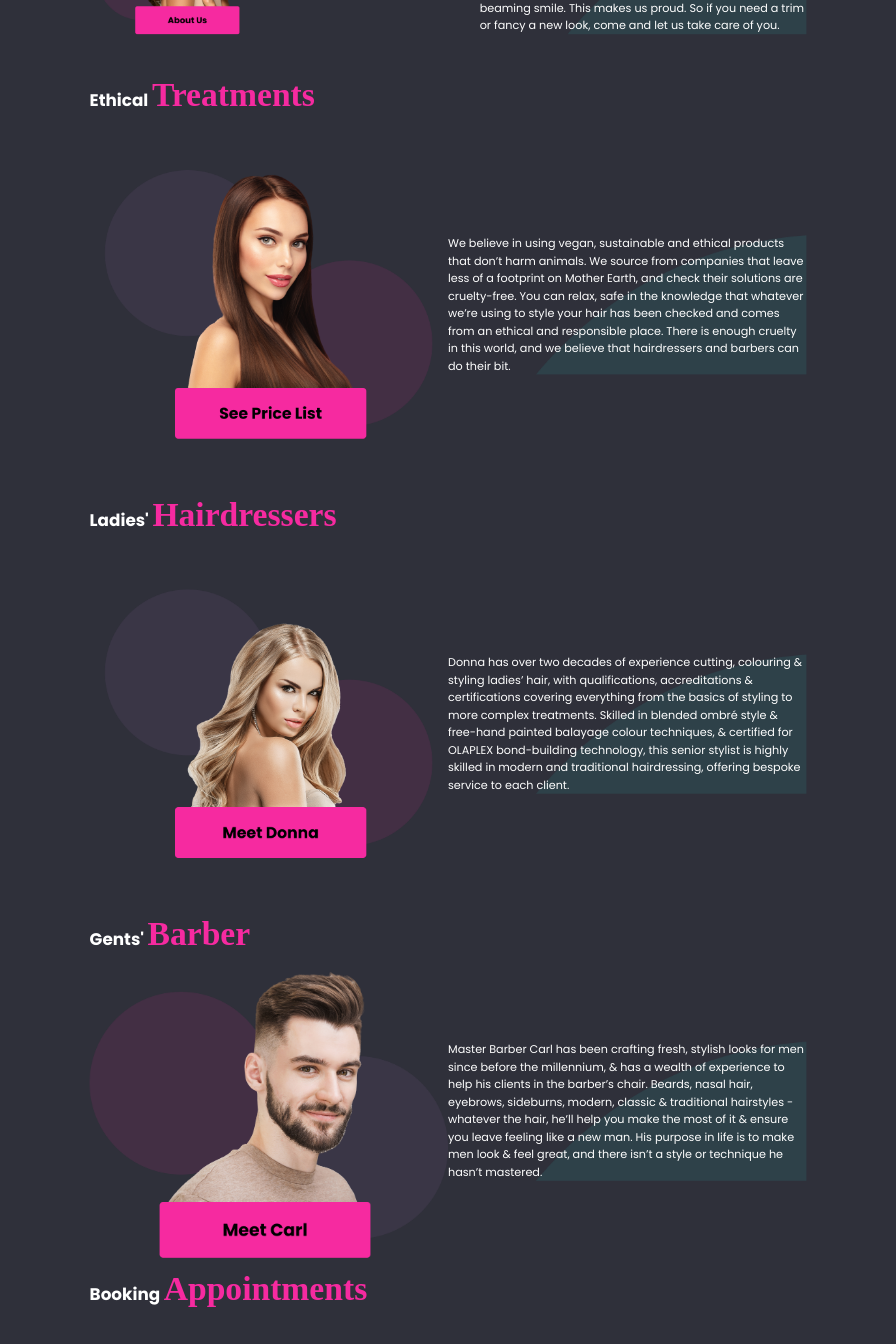
Repository: Troy-Bolt/verustroy-
Page: index.html
The author's editor kept a copy of each file at every save. The page is drawn from the files as they stood at one save, then again after the next save.
The browser window is 1280 px wide. The pictures show the part of the page from y = 327 to 2247 px (the page is 6311 px tall before and 6495 px after), at 70% of full size.
Backgrounds fixed to the window are drawn as part of the page. Some web fonts or font styles are not loaded; a fallback is used.

Above is the page before, as saved 2022-04-27 09:03:54.

### index.html
<!DOCTYPE html>
<html lang="en">

<head>
    <meta charset="UTF-8">
    <meta http-equiv="X-UA-Compatible" content="IE=edge">
    <meta name="viewport" content="width=device-width, initial-scale=1.0">
    <title>Verus Amor</title>
    <link rel="stylesheet" href="/CSS/style.css">
    <script defer src="navbar.js"></script>
    <link href="https://fonts.googleapis.com/icon?family=Material+Icons" rel="stylesheet">
</head>

<body>
    <header>
        <h1 class="logo"><a class="current" href="/index.html" class="homepage-link">Verus Amor Barbers & Salon</a></h1>
        <input type="checkbox" name="" id="nav-toggle" class="nav-toggle">
        <nav>
            <ul class="size">
                <li><a href="/treatments.html">Treatments & Prices</a></li>
                <li><a href="/team.html">Team & Salon</a></li>
                <li><a href="/contact.html">Contact Us</a></li>
            </ul>
        </nav>
        <label for="nav-toggle" class="nav-toggle-label">
            <span></span>
        </label>
    </header>
    <div class="container">
        <h1 id="top-space">More than just <span>Hair</span></h1>

        <div class="row">

           <a class="colb" href=""><img src="img/AboutUs.png" alt="" class="col"></a>
            <p class="test text col">Verus Amor translates to True Love, something we show everyday in our work. Every
                cut,
                every colour, every shave is done with the utmost love, care and attention to detail. We love what we
                do,
                and nothing makes us happier than seeing our clients walk out of our salon looking their best - proudly
                showing off their new hair style along with a beaming smile. This makes us proud. So if you need a trim
                or
                fancy a new look, come and let us take care of you.</p>
        </div>

        <h1>Ethical <span>Treatments</span></h1>
        <div class="row">

            <img src="img/EthTreatments.png" alt="">
            <p class="test text col left-side">We believe in using vegan, sustainable and ethical products that don’t harm
                animals. We
                source from companies that leave less of a footprint on Mother Earth, and check their solutions are
                cruelty-free. You can relax, safe in the knowledge that whatever we’re using to style your hair has been
                checked and comes from an ethical and responsible place. There is enough cruelty in this world, and we
                believe that hairdressers and barbers can do their bit.</p>
        </div>
        <h1>Ladies' <span>Hairdressers</span></h1>
        <div class="row">
            <img src="img/MeetDonna.png" alt="">
            <p class="test text col">
                Donna has over two decades of experience cutting, colouring & styling ladies’ hair, with qualifications,
                accreditations & certifications covering everything from the basics of styling to more complex
                treatments. Skilled in blended ombré style & free-hand painted balayage colour techniques, & certified
                for OLAPLEX bond-building technology, this senior stylist is highly skilled in modern and traditional
                hairdressing, offering bespoke service to each client.
            </p>
        </div>
        <h1>Gents' <span>Barber</span></h1>
        <div class="row">
            <img src="img/MeetCarl.png" alt="">
            <p class="test text col">
                Master Barber Carl has been crafting fresh, stylish looks for men since before the millennium, & has a
                wealth of experience to help his clients in the barber’s chair. Beards, nasal hair, eyebrows, sideburns,
                modern, classic & traditional hairstyles - whatever the hair, he’ll help you make the most of it &
                ensure you leave feeling like a new man. His purpose in life is to make men look & feel great, and there
                isn’t a style or technique he hasn’t mastered.
            </p>
        </div>
        <h1>Booking <span>Appointments</span></h1>
        <div class="row">
            <img src="img/ContactUs.png" alt="">
            <p class="test text col">
                We recommend booking appointments in advance, but we also welcome walk-ins. If you like to have your
                hair done regularly and prefer a certain day of the month then we can make you a regular appointment. If
                you don’t mind sitting in our waiting area while we take care of someone’s hair style, you can enjoy
                watching us do what we do best while sitting in our waiting area, enjoy looking through styling
                magazines or join-in with the conversation.
            </p>
        </div>
        <h1>Special <span>Offers</span></h1>
        <div class="row">
            <img src="img/OurOffers.png" alt="">
            <p class="test text col">
                We hope our service and the quality of our cuts and styling are enough to keep you coming back for more,
                but we also like to reward your loyalty, so we run a generous loyalty scheme. We also recognise that
                senior citizens have earned the right to some friendly pricing, while children generally have smaller
                heads and parents have limited budgets, so we provide special prices for children under 12, plus those
                lucky enough to be enjoying their pension.
            </p>
        </div>
        <h1>Specialist <span>Products</span></h1>
        <div class="row">
            <img src="img/Services&Prices.png" alt="">
            <p class="test text col">
                Experience teaches us that using premium products doesn’t have to cost a fortune, but makes a big
                difference to the quality and the desired outcome, so we source the very best products to help us do our
                job properly, and make you look amazing. We are accredited and trained on some of the world’s most
                exciting brands, including OLAPLEX, PULP RIOT and FUDGE. We use these products on you in the salon &
                barbers, also offering them to clients.
            </p>
        </div>
    </div>
    <div class="container">
        <img src="img/ProductBanner.png" alt="" class="full-width">
        <div class="full-width reviews">
            <div class="tests">
                <h1>Our <span>Reviews</span></h1>
            </div>
        </div>
        <div class="carousel">
            <div class="slider">
                <section class="test-1">Always a friendly, professional experience with good advice and prices</section>
                <section class="test-1">Great cut, priced reasonably and lovely people</section>
                <section class="test-1">my wife used the salon  & is very pleased with results</section>
                <section class="test-1">Very nice couple</section>
            </div>
            <div class="control">
                <span class="arrow left">
                    <i class="material-icons">
                        keyboard_arrow_left
                    </i>
                </span>
                <span class="arrow right">
                    <i class="material-icons">
                        keyboard_arrow_right
                    </i>
                </span>
                <ul>
                    <li class="selected"></li>
                    <li></li>
                    <li></li>
                    <li></li>
                </ul>
            </div>
        </div>
    </div>
    <div class="container">
        <h1>Get <span>Directions</span></h1>
        <div class="row">
            <img src="img/FindUs.png" alt="">
            <p class="test text col">
                Experience teaches us that using premium products doesn’t have to cost a fortune, but makes a big
                difference to the quality and the desired outcome, so we source the very best products to help us do our
                job properly, and make you look amazing. We are accredited and trained on some of the world’s most
                exciting brands, including OLAPLEX, PULP RIOT and FUDGE. We use these products on you in the salon &
                barbers, also offering them to clients.
            </p>
        </div>
    </div>
    <iframe
        src="https://www.google.com/maps/embed?pb=!1m14!1m8!1m3!1d2412.6754060766534!2d0.735687!3d52.792161!3m2!1i1024!2i768!4f13.1!3m3!1m2!1s0x0%3A0xb57b11c6038ff279!2sVerus%20Amor%20Barbers%20%26%20Ladies%20Salon!5e0!3m2!1sen!2suk!4v1649070369054!5m2!1sen!2suk"
        width="100%" height="600" style="border:0;" allowfullscreen="" loading="lazy"
        referrerpolicy="no-referrer-when-downgrade"></iframe>


    </div>

    <div class="footer">
    <div class="row">
        <div class="grid">
            <h1 class="grid-main">.</h1>
        </div>
        <div class="gridA">

            <span class="foot">Twitter</span>
            <span class="foot">Facebook</span>

        </div>


   </div>


<div class="row">
    <div class="gridS"></div>
    <div class="gridB">
        <p>01328 633037</p>
        <p>Verus Amor Barbers & Ladies Salon</p>
        <p>The Kiptons, Blenheim Square, West Raynham, NR21 7PA</p>
    </div>
</div>
</body>
<script src="carousel.js"></script>

</html>

### CSS/style.css
@import url('https://fonts.googleapis.com/css2?family=Poppins:ital,wght@0,100;0,200;0,300;0,400;0,500;0,600;0,700;0,800;0,900;1,100;1,200;1,300;1,400;1,500;1,600;1,700;1,800;1,900&family=WindSong:wght@400;500&display=swap');


*, *::before, *::after {
    box-sizing: border-box;
}

/* html,body {
    width: 100%;
    height: 100%;
    padding: 0;
    overflow-x: hidden;
} */

body {
    margin: 0;
    background-color: #2F303A;
    color: #fff;
    font-family: Poppins;
}

#top-space {
    margin-top: 2.6em;
}

.container {
    width: 80%;
    max-width: 1400px;
    margin: 0 auto;
}

h1 {
    font-size: 1.5rem;
}

span {
    color: #F62AA0;
    font-size: 3rem;
}

.test {

    background-image: url('/img/HomePageTextBubble.png');

}


img {
    max-width: 100%;
    width: 50%;
    object-fit:scale-down;
}


.text {
    align-self: center;
}

@media (min-width: 800px) {
    .row {
        display: flex;
        justify-content: space-between;
    }
}

@media (max-width: 800px) {
    img {
        width: 100%;
    }
}

.row img{
    flex:2;
}

.row p {
  flex:90%
}
span {
    font-family: 'WindSong', cursive;
}

.full-width {
    width: 100%;
}

.footer {
    /* background-image: url('/img/Footer.png'); */
    width: 100%;
    background-size: contain;
    background-repeat: no-repeat ;
    /* padding-top: 2.5em; */
    /* padding: 2.5em; */
}

@import url('https://fonts.googleapis.com/icon?family=Material+Icons');

.carousel {
    height: 600px;
    overflow: hidden;
    position: relative;
    border-radius: 5px;
    box-shadow: 0 0 4px rgba(0, 0, 0, 0.2), 0 4px 10px rgba(0, 0, 0, 0.1);
  }
  .slider {
    display: flex;
    height: 100%;
    width: 400%;
  }
  .slider section {
    flex-basis: 100%;
    justify-content: center;
    align-items: center;
    display: flex;
    font-size: 20px;
  }
  .left, .right {
    position: absolute;
    top: 50%;
    transform: translateY(-50%);
    cursor: pointer;
  }
  .arrow i {
    font-size: 70px;
    -webkit-user-select: none;
    color: #CDCDCD;
  }
  .left {
    left: 10px;
  }
  .right {
    right: 10px;
  }
  .control ul {
    list-style: none;
    display: flex;
    position: absolute;
    bottom: 0;
    left: 50%;
    margin: 0;
    padding: 0;
    transform: translate(-50%);
  }
  .control ul li {
    width: 10px;
    height: 10px;
    background: #333;
    border: 2px solid #333;
    border-radius: 50px;
    margin: 10px;
    cursor: pointer;

  }
  .control ul li.selected {
    background: transparent;
  }

  .test-1 {
      background-image: url(../img/Choosing-1.png);
      background-repeat: no-repeat;
      background-attachment: fixed;
      background-size: cover;
  }


@media (max-width: 600px) {
    .test-1{
        padding-left:4rem;
        padding-right:2rem;
    }

    .test-2{
        padding-left:4rem;
        padding-right:2rem;
    }
}




.reviews h1 {
    margin: 0;
}


/* nav */

.logo {
    font-size: 1.5rem;
    }

    header {
        background: #202027;
        text-align: center;
        position: fixed;
        z-index: 999;
        width: 100%;
        top: 0;
    }

    .nav-toggle {
        display: none;
    }

    .nav-toggle-label {
        position: absolute;
        top: 0;
        left: 0;
        margin-left: 1em;
        height: 100%;
        display: flex;
        align-items: center;
    }

    .nav-toggle-label span,
    .nav-toggle-label span::before,
    .nav-toggle-label span::after {
        display: block;
        background: #fff;
        height: 2px;
        width: 0.4em;
        border-radius: 2px;
        position: relative;
    }

    .nav-toggle-label span::before,
    .nav-toggle-label span::after {
        content: '';
        position: absolute;
    }

    .nav-toggle-label span::before {
        bottom: 7px;
    }
    .nav-toggle-label span::after {
        top: 7px;
    }

    nav {
        position: absolute;
        text-align: left;
        top: 100%;
        left: 0;
        background: #202027;
        width: 100%;
        transform: scale(1, 0);
        transform-origin: top;
        transition: transform 400ms ease-in-out;
    }

    nav ul {
        margin: 0;
        padding: 0;
        list-style: none;
    }

    nav li {
        margin-bottom: 1em;
        margin-left: 1em;
    }

    nav a {
        color: white;
        text-decoration: none;
        font-size: 1rem;
        opacity: 0;
        transition: opacity 150ms ease-in-out;
    }

    nav a:hover {
    color: gold;
    }

    .current {
        color: #fff;
    }

    li a:is(:link,:active).active {
        background-color: #443144;
        padding: 1.5rem;
        color: #443144;
    }
    a:is(:link,:active).active {
        color: gold;
    }

    nav:visited{
        text-decoration: none;
    }

    .nav-toggle:checked ~ nav{
    transform: scale(1, 1);
    }

    .nav-toggle:checked ~ nav a {
        opacity: 1;
        transition: opacity 250ms ease-in-out 250ms;
    }

    @media screen and (min-width: 1000px) {
        .nav-toggle-label {
            display: none;
        }
        header {
            display: grid;
            grid-template-columns: 1fr auto minmax(600px, 3fr) 1fr;
        }
        .logo {
            grid-column: 2 / 3;
        }
        nav {
            all: unset;
            grid-column: 3 / 4;
            display: flex;
            justify-content: flex-end;
            align-items: center;
        }
        nav a {
            opacity: 1;
            position: relative;
        }
        nav a::before {
            content: ' ';
            display: block;
            height: 5px;
            background: #DFAF1F;
            position: absolute;
            top: -.75em;
            left: 0;
            right: 0;
            transform: scale(0, 1);
            transition: transform ease-in-out 250ms;
        }
        nav a:hover::before {
            transform: scale(1, 1);
        }
        nav ul {
            display: flex;
            justify-content: flex-end;
        }
        nav li {
            margin-left: 3em;
            margin-bottom: 0;
        }
    }

    @media (min-width: 1900px) {
    .logo {
        font-size: 3rem;
    }
    nav a {
        font-size: 1.5rem;
    }
}

    /* @media (min-width: 0px) {
        p { font-size: 1rem; }
        h4 { font-size: 1.5rem; }
        h3 { font-size: 2rem; }
        h2 {font-size: 2.5rem}
        h1 {font-size: 3rem}
        span { font-size: 5rem}
      }

      @media (min-width: 400px) {
        p { font-size: calc(1rem + 1vw); }
        h4 { font-size: calc(1.5rem + 1vw);}
        h3 { font-size: calc(2rem + 1vw);}
        h2 { font-size: calc(2.5rem + 1vw);}
        h1 { font-size: calc(3rem + 1vw);}
        span { font-size: calc(5rem + 1vw);}
      }

      @media (min-width: 1001px){
        p { font-size: 1.75rem; }
        h4 { font-size: 1.75; }
        h3 {font-size: 2.75rem;}
        h2 { font-size: 3.75rem;}
        h1 {font-size: 4.25rem;}
        span {font-size: 6.25rem;}
      } */


      .img-centered {
          width: 100%;
      }

      .space {
          margin-bottom: 4em;
      }

      .pink-text {
          font-size:6rem;
      }

      .footer-layout {
          display: grid;
          grid-auto-rows: repeat(3, 1fr);

      }

      .footer{
        background-image: url('/img/Footer.png');
        width: 100%;
        background-size: cover;
      }

   @media(max-width:400px){
       .footer{
        background-image: url('/img/Footer.png');
        width: 100%;
        background-size: contain;
       }
   }

      .foot{
          padding-left: 1.5rem;
          font-family: "poppins";
          color: white;
            font-size: 1.5rem;





      }


   .grid-main{
       font-size:2.5rem;
      padding-left: 4.5rem;
      margin-top: 6rem;




   }
   @media (max-width: 750px){
         .grid-main{
              font-size:1.5rem;
         }

   }

   /* .grid{
       width: 70%;
         float:left;

   }

   .gridA{
       width: 30%;
         float:left;

   } */

  .gridA{

  }


            @media screen and (min-width: 1000px) {
.gridA{
    width: 25%;
    float:left;
    /* padding-top: 2.5rem; */


}
          }



          .gridB{

        }


                  @media screen and (min-width: 1000px) {
      .gridB{
          width: 50%;
          float:left;
          padding-top: 2.5rem;
          text-align: right;
          padding-right: 6.5rem;


      }
                }

### navbar.js
const activePage = window.location.pathname;
// console.log(activePage);

const navLinks = document.querySelectorAll('nav a').
forEach(link => {
    console.log(link.href);
    if(link.href.includes(`${activePage}`)){

        link.classList.add('active');
    }
})

### carousel.js
const left = document.querySelector('.left');
const right = document.querySelector('.right');

const slider = document.querySelector('.slider');

const indicatorParent = document.querySelector('.control ul');
const indicators = document.querySelectorAll('.control li');
index = 0;

indicators.forEach((indicator, i) => {
  indicator.addEventListener('click', () => {
    document.querySelector('.control .selected').classList.remove('selected');
    indicator.classList.add('selected');
    slider.style.transform = 'translateX(' + (i) * -25 + '%)';
    index = i;

  });
});

left.addEventListener('click', function() {
  index = (index > 0) ? index -1 : 0;
  document.querySelector('.control .selected').classList.remove('selected');
  indicatorParent.children[index].classList.add('selected');
  slider.style.transform = 'translateX(' + (index) * -25 + '%)';
});

right.addEventListener('click', function() {
  index = (index < 4 - 1) ? index+1 : 3;
  document.querySelector('.control .selected').classList.remove('selected');
  indicatorParent.children[index].classList.add('selected');
  slider.style.transform = 'translateX(' + (index) * -25 + '%)';
});

After the next save:
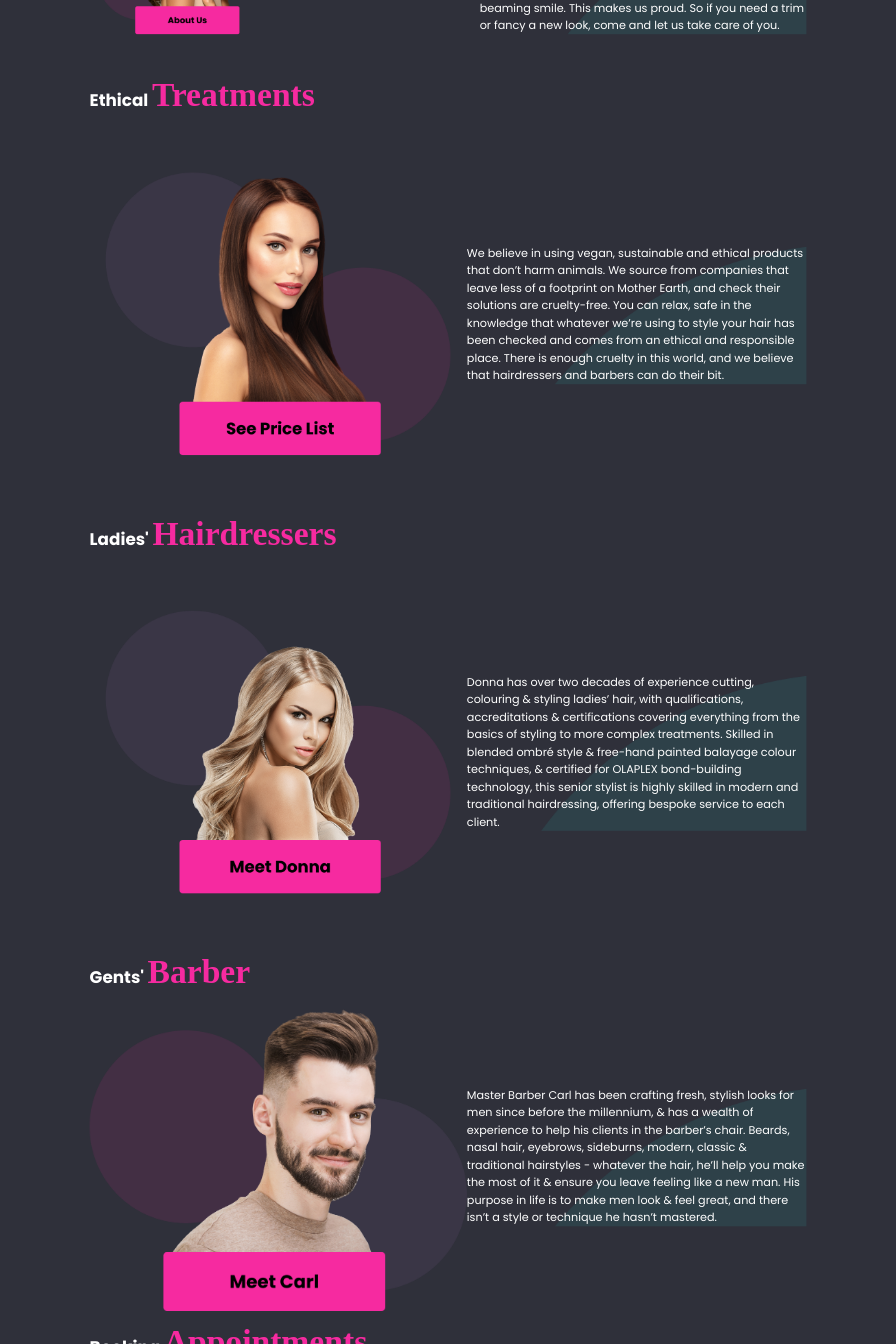
Saved 12 s later.
--- a/CSS/style.css
+++ b/CSS/style.css
@@ -70,7 +70,7 @@
 }
 
 .row img{
-    flex:2;
+    flex:100%;
 }
 
 .row p {

After the save that followed:
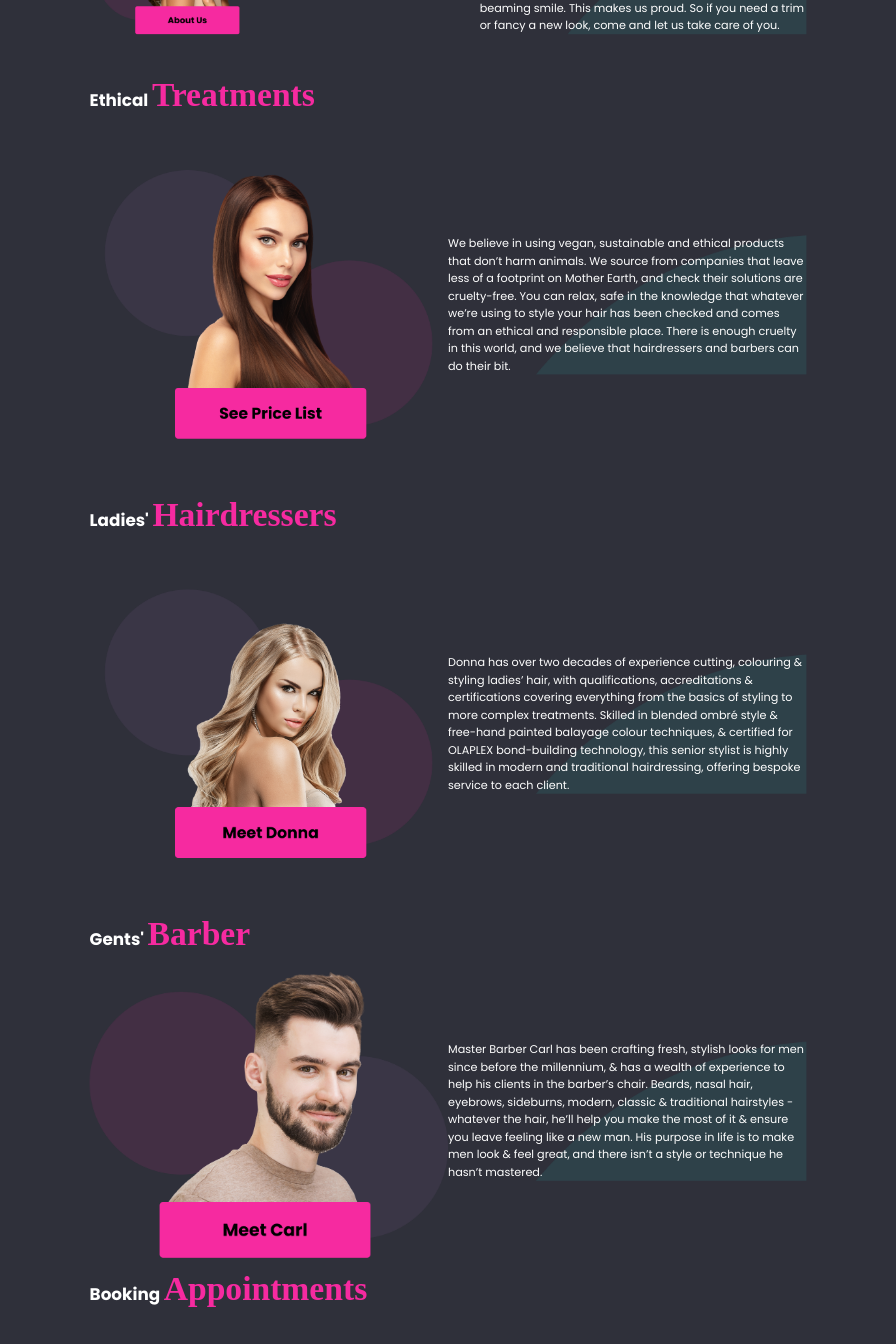
Saved 12 s later.
--- a/CSS/style.css
+++ b/CSS/style.css
@@ -70,7 +70,7 @@
 }
 
 .row img{
-    flex:100%;
+    flex:70%;
 }
 
 .row p {
